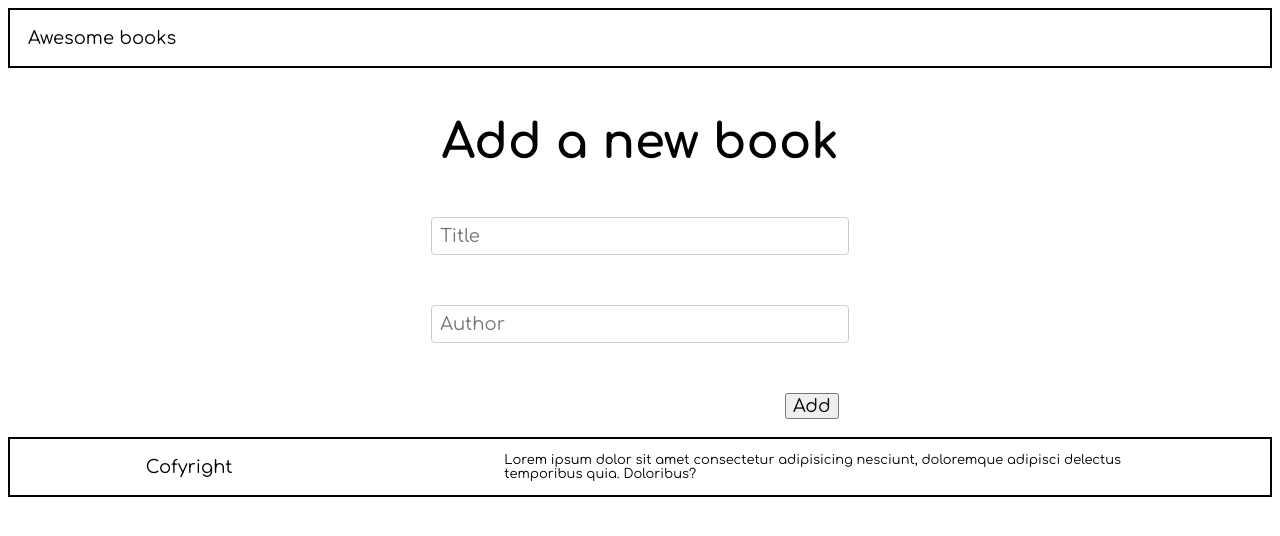
Repository: Salimer/Awesome-books
Page: index.html
An editor plug-in stored every save of this project. The page is shown before and after a run of saves, followed by the edit.
The browser window is 1280 px wide. The pictures show the whole page.
The style sheet was rebuilt from its Sass, Less or Tailwind sources for each picture, by a compiler version that may differ from the author's.

Above is the page before, as saved 2023-04-26 12:03:41.

After the next 2 saves:
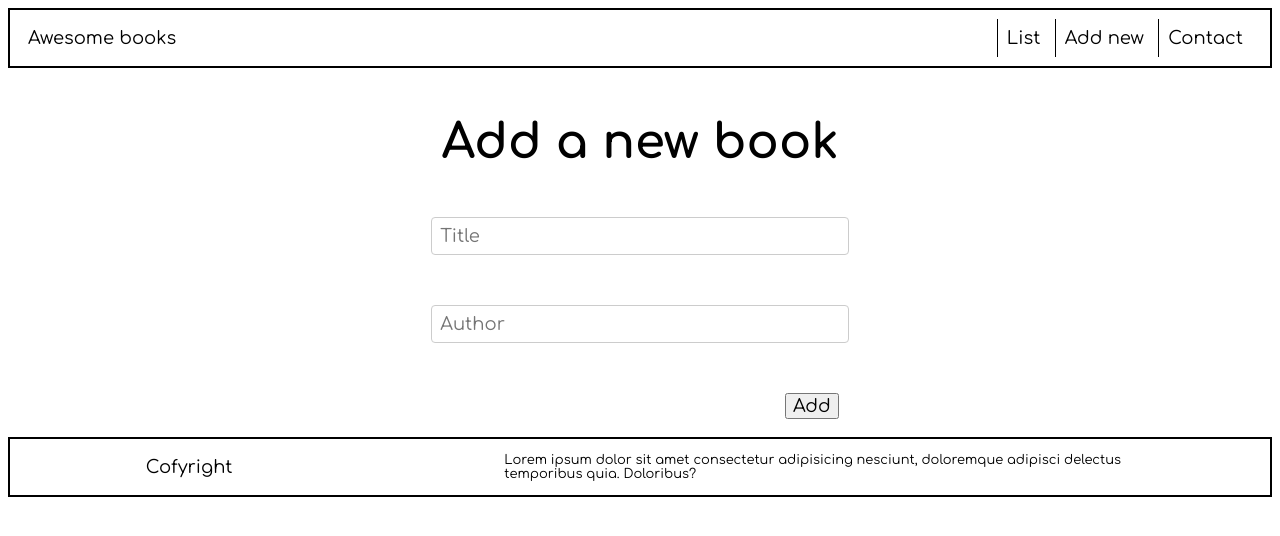
The 2 saves are shown as one change because they came seconds apart.
The last was saved 16 s later.
--- a/script.js
+++ b/script.js
@@ -35,7 +35,7 @@ contactNav.addEventListener('click', () => {
 // Query selector for mobile navigation
 if (window.matchMedia("(min-width: 768px)").matches) {
   hamburger.classList.add('hide');
-
+  dropDownNav.classList.remove('hide');
 }
 
 /* eslint-disable max-classes-per-file */
